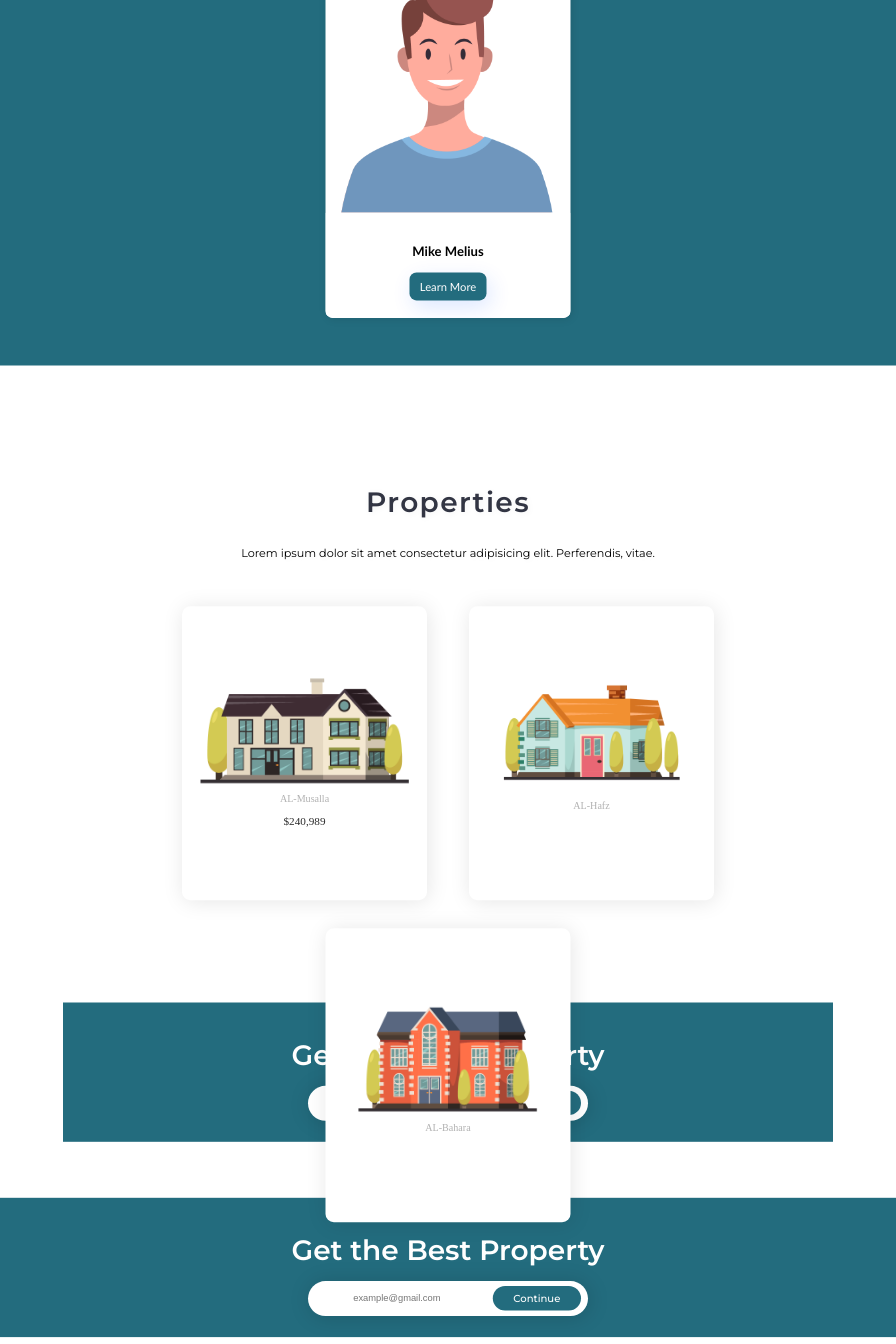
Repository: gabe126679/Mikes-site
Page: /
These files come from the project's save history. The page is drawn as it stood at one moment and after the next save; the edit follows.
The browser window is 1280 px wide. The pictures show the part of the page from y = 2113 to 4033 px (the page is 4033 px tall before and 3879 px after), at 70% of full size.
Some web libraries are served in a nearby version. The project was rebuilt for these pictures with package versions that can differ from the ones it lists, and the page was loaded fresh each time.

Above is the page before, as saved 2022-04-18 20:06:53.

After the next save:
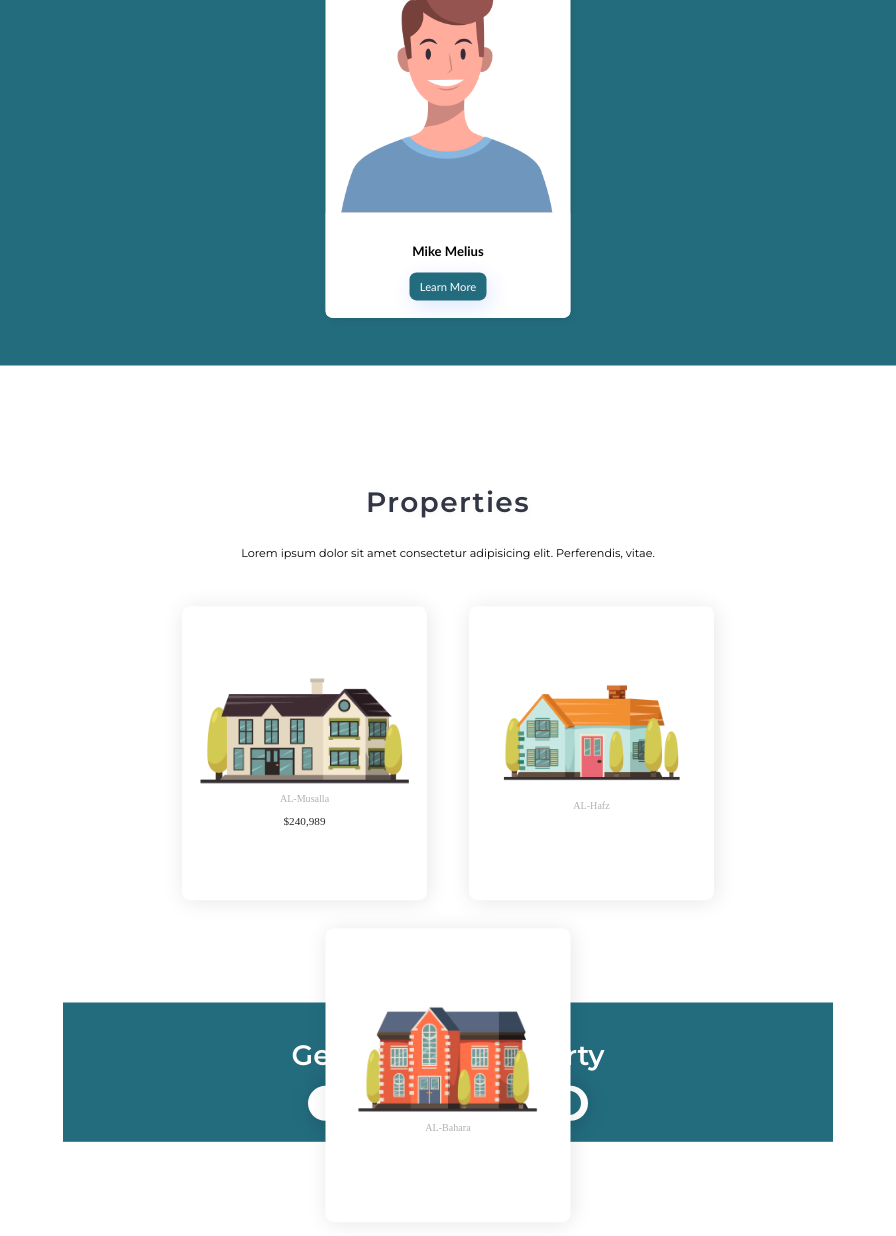
Saved 9 s later.
--- a/src/App.js
+++ b/src/App.js
@@ -14,7 +14,7 @@
       <About />
       <Agent />
       <Properties />
-      <Contact />
+
     </div>
   );
 }

After the save that followed:
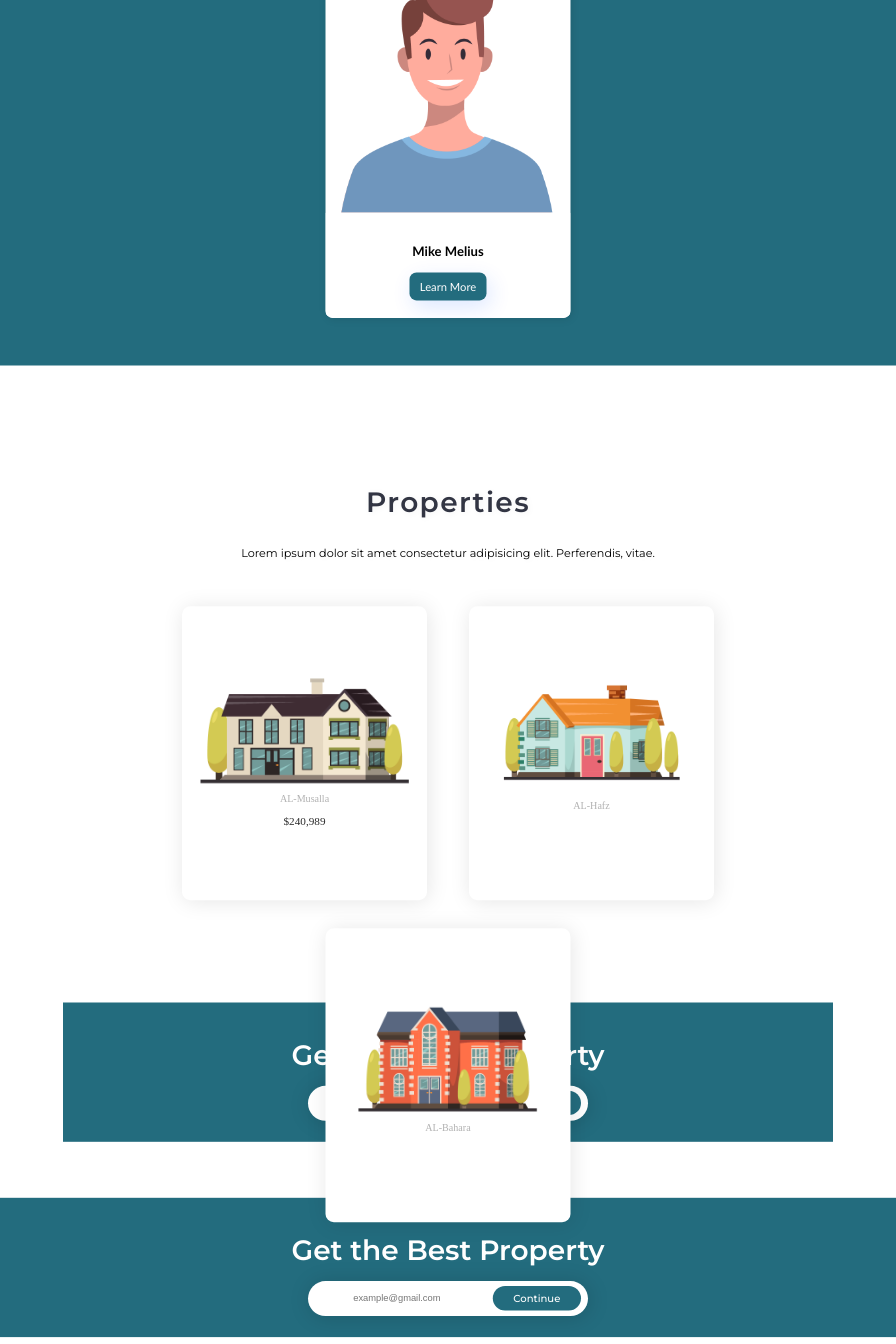
Saved 14 s later.
--- a/src/App.js
+++ b/src/App.js
@@ -14,7 +14,7 @@
       <About />
       <Agent />
       <Properties />
-
+      <Contact />
     </div>
   );
 }
